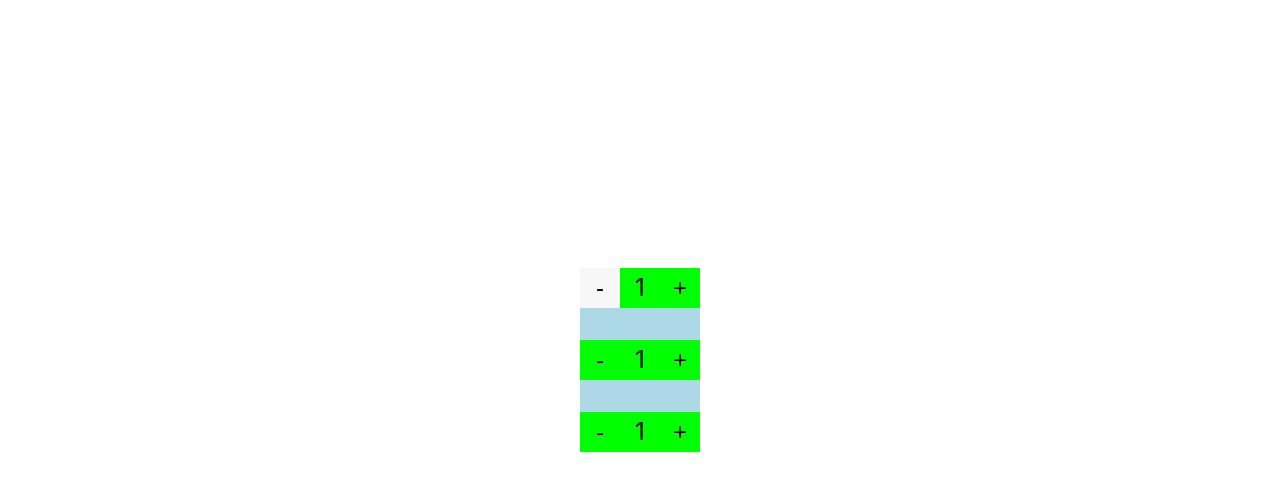
Repository: max535/test-task-netrika
Page: /
These files come from the project's save history. The page is drawn as it stood at one moment and after the next save; the edit follows.
The browser window is 1280 px wide. The pictures show the whole page.
The pointer rests on the first visible `.Decrement`.
The project was rebuilt for these pictures with package versions that can differ from the ones it lists, and the page was loaded fresh each time.

Above is the page before, as saved 2021-10-16 07:39:07.

### public/index.html
<!DOCTYPE html>
<html lang="en">
  <head>
    <meta charset="utf-8" />
    <meta name="viewport" content="width=device-width, initial-scale=1" />
    <title>Тестовые задания</title>
  </head>
  <body>
    <div id="root"></div>
  </body>
</html>

### src/App.js
import React from 'react';
import Counter from './Counter/Counter';
import './App.css';

function App() {
  return (
    <div className="App">
      <div className="Frame">
        <Counter className="White" />
        <Counter className="Red" />
        <Counter className="Lime" />
      </div>
    </div>
  );
}

export default App;

### src/Counter/Counter.js
import React, { useState } from 'react';
import "./Counter.css";

const Counter = () => {
    const [count, setCount] = useState(1);

    const handleIncrement = () => {
        setCount(count + 1);
    }

    const handleDecrement = () => {
        setCount(count - 1);
    }

    return (
        <div className="Counter">
            <button className="Decrement" onClick={handleDecrement}>-</button>
            <div className="Count">{count}</div>
            <button className="Increment" onClick={handleIncrement}>+</button>
        </div>
    );
}

export default Counter;

### src/App.css
.App {
  position: fixed;
  top: 0;
  left: 0;
  width: 100%;
  height: 100%;
  display: flex;
  flex-direction: column;
  justify-content: center;
  align-items: center;
}

### src/Counter/Counter.css
.Frame {
    display: flex;
    flex-direction: column;
    justify-content: space-between;
    align-items: center;
    width: 120px;
    height: 184px;
    background-color: lightblue;
}


.Counter {
    display: flex;
    flex-direction: row;
    justify-content: space-between;
    width: 120px;
    height: 40px;
    background-color: lime;
    border: 0;
    border-radius: 50px;

}

.Decrement, .Increment {
    width: 40px;
    height: 40px;
    border: none;
    background-color: inherit;
    font-size: 24px;
}

.Increment:hover {
    background-color: #F7F7F7;
    transition: ease-in 3s;
}
.Decrement:hover {
    background-color: #F7F7F7;
}

/* .Increment {
    width: 40px;
    height: 40px;
} */

.Count {
    width: 40px;
    height: 40px;
    font-size: 24px;
    text-align: center;
    margin-top: 5px;
}

Loaded but not shown: src/index.js (common file); src/index.css (common file)

After the next save:
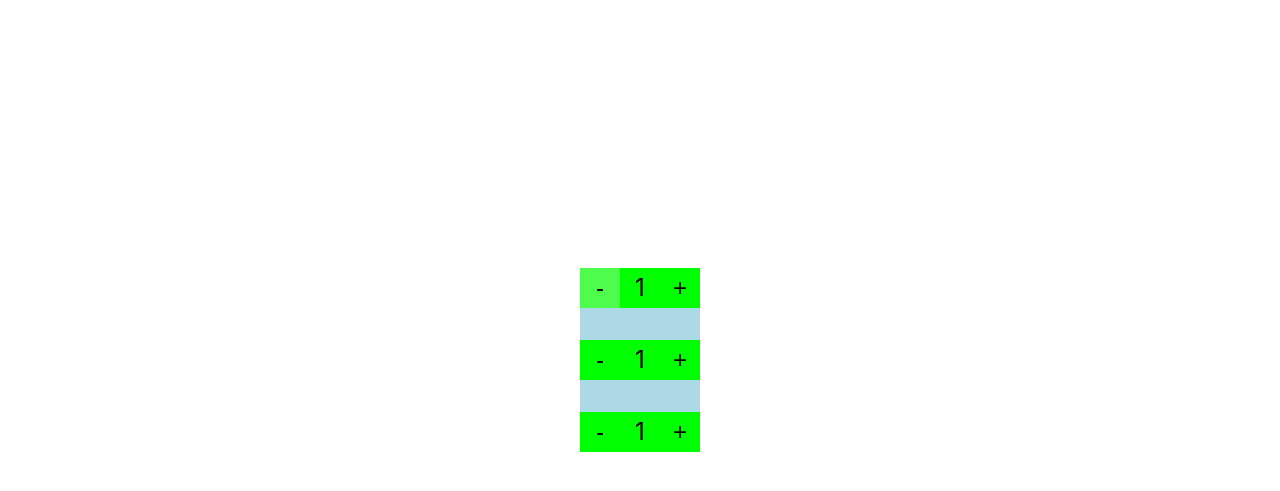
Saved 17 s later.
--- a/src/Counter/Counter.css
+++ b/src/Counter/Counter.css
@@ -35,6 +35,7 @@
 }
 .Decrement:hover {
     background-color: #F7F7F7;
+    transition: ease-in 3s;
 }
 
 /* .Increment {

After the save that followed:
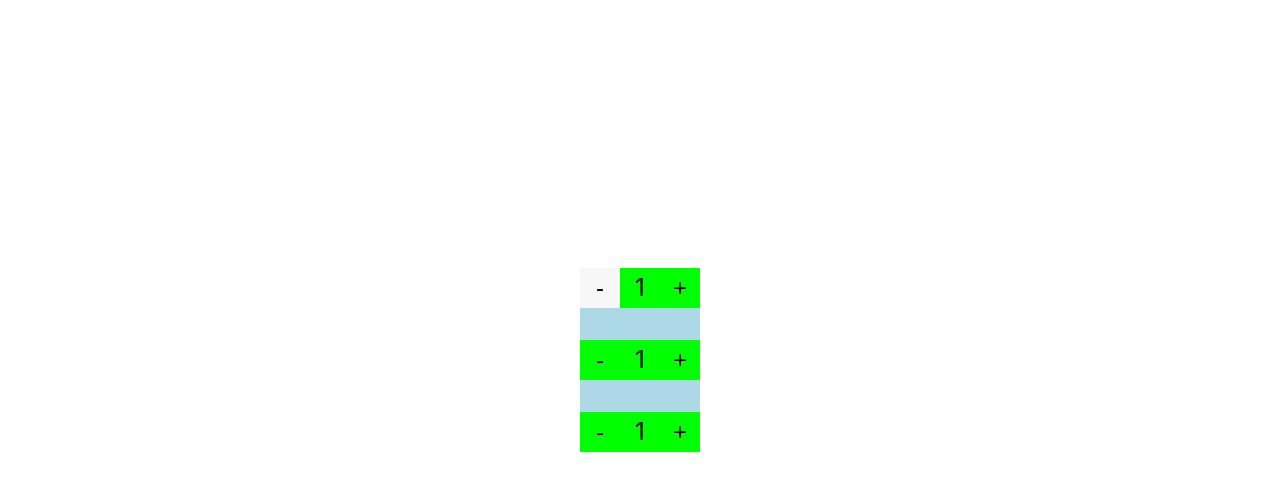
Saved 18 s later.
--- a/src/Counter/Counter.css
+++ b/src/Counter/Counter.css
@@ -35,7 +35,6 @@
 }
 .Decrement:hover {
     background-color: #F7F7F7;
-    transition: ease-in 3s;
 }
 
 /* .Increment {
